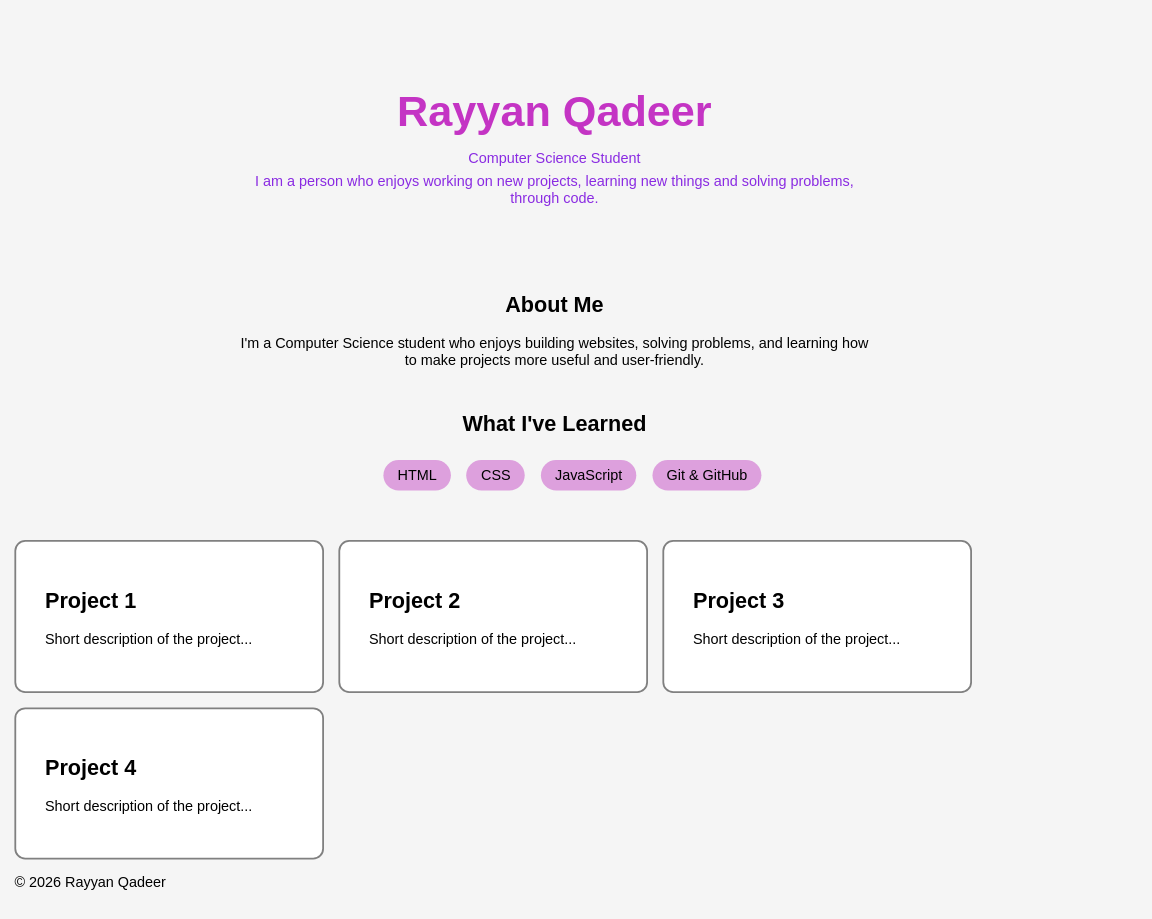
Repository: rayyan-qadeer/rayyan-qadeer
Page: index.html
The author's editor kept a copy of each file at every save. The page is drawn from the files as they stood at one save, then again after the next save.
The browser window is 1280 px wide. The pictures show the whole page, at 90% of full size.

Above is the page before, as saved 2026-05-06 03:12:29.

After the next save:
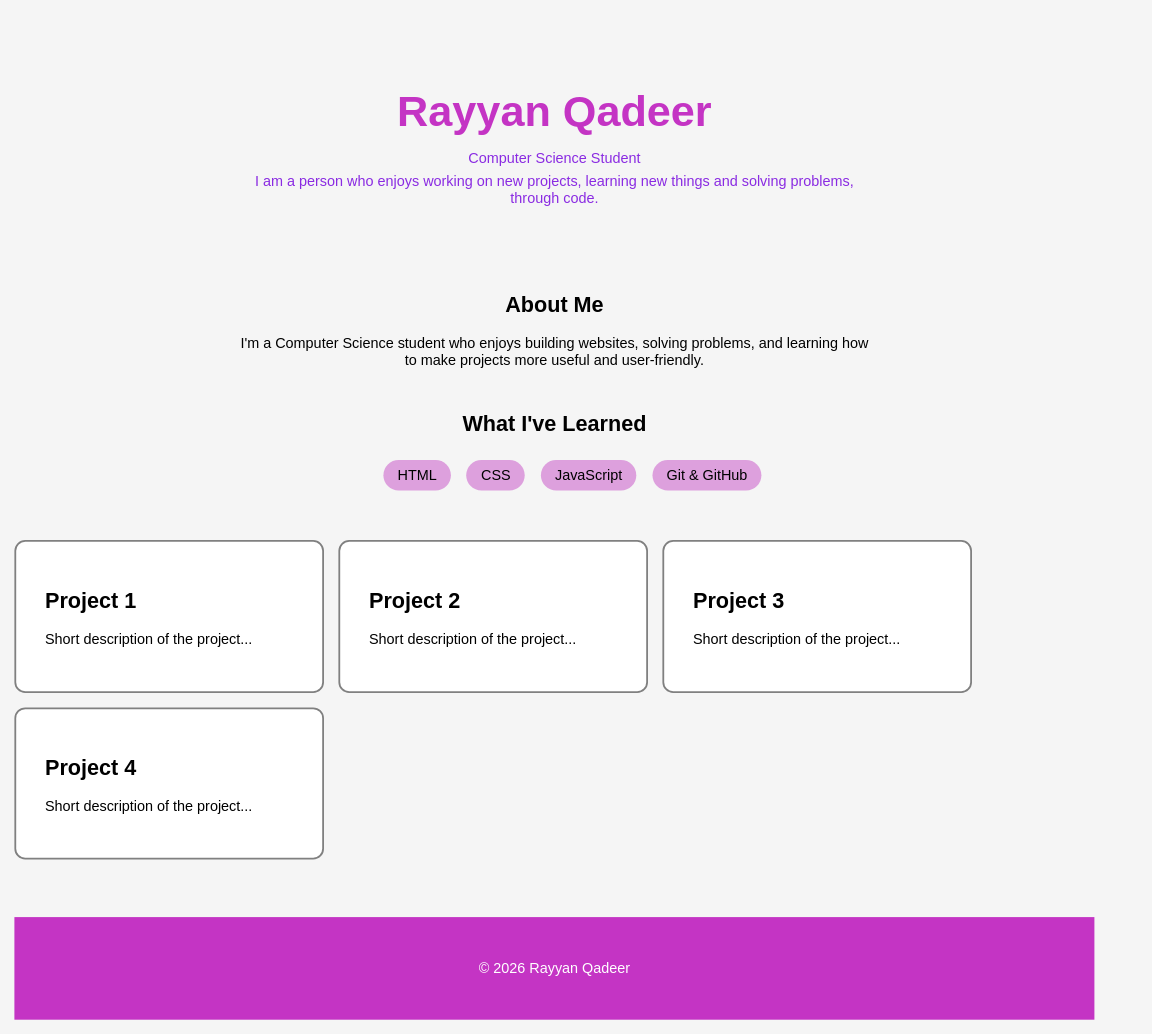
Saved 42 s later.
--- a/styles/index.css
+++ b/styles/index.css
@@ -60,6 +60,14 @@ header h1 {
   background-color: plum;
 }
 
+footer {
+  text-align: center;
+  margin-top: 4rem;
+  padding: 2rem;
+  background-color: rgb(196, 52, 196);
+  color: white;
+}
+
 @media (min-width: 768px) {
   .projects {
     flex-direction: row;
